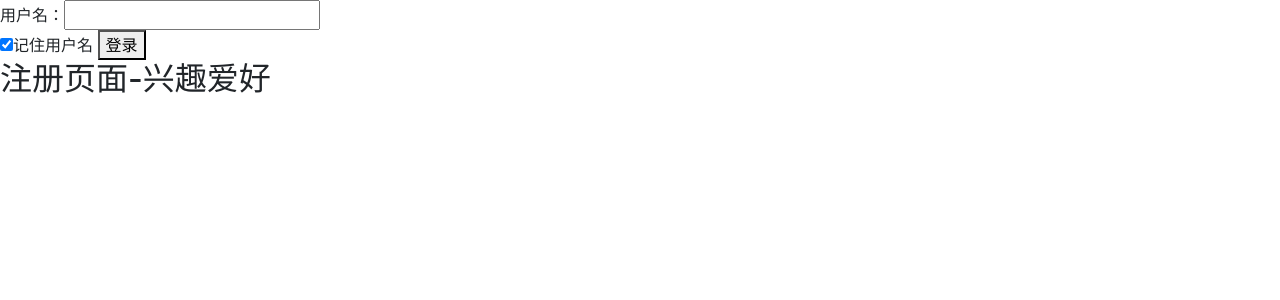
Repository: zenghao518518/Vue
Page: 6-表单控件绑定/01-表单绑定.html
The author's editor kept a copy of each file at every save. The page is drawn from the files as they stood at one save, then again after the next save.
The browser window is 1280 px wide. The pictures show the whole page.

Above is the page before, as saved 2023-08-16 13:51:06.

After the next save:
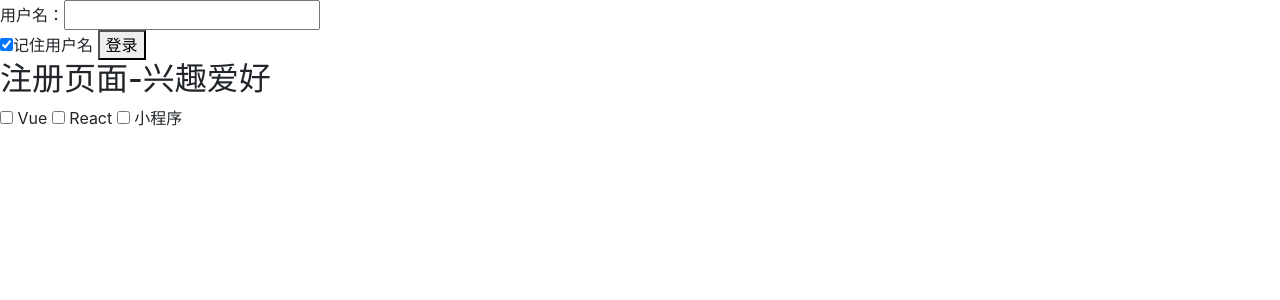
Saved 2 min 15 s later.
--- a/6-表单控件绑定/01-表单绑定.html
+++ b/6-表单控件绑定/01-表单绑定.html
@@ -21,6 +21,9 @@
 
       <div>
         <h2>注册页面-兴趣爱好</h2>
+        <input type="checkbox"/> Vue
+        <input type="checkbox"/> React
+        <input type="checkbox"/> 小程序
       </div>
     </div>
 
